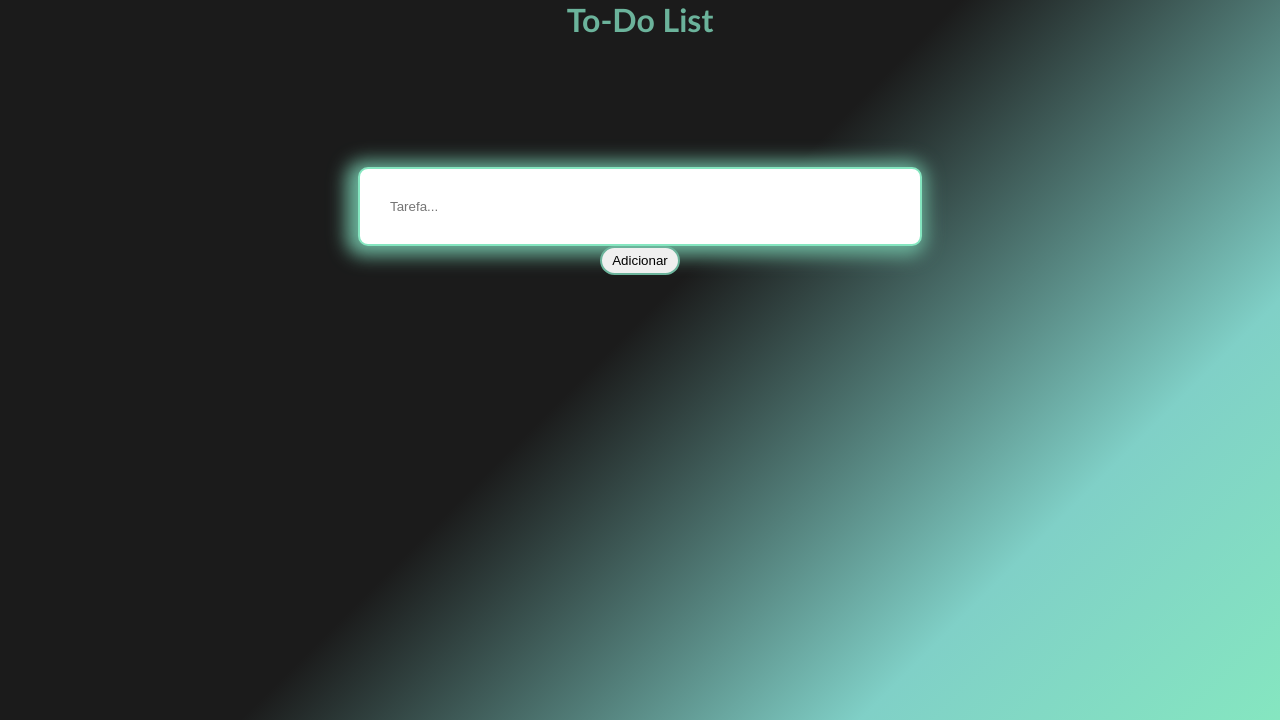
Repository: PetersonAntonyDev/python-flask-
Page: index.html
The author's editor kept a copy of each file at every save. The page is drawn from the files as they stood at one save, then again after the next save.
The browser window is 1280 px wide. The pictures show the whole page.

Above is the page before, as saved 2022-07-26 10:36:32.

After the next save:
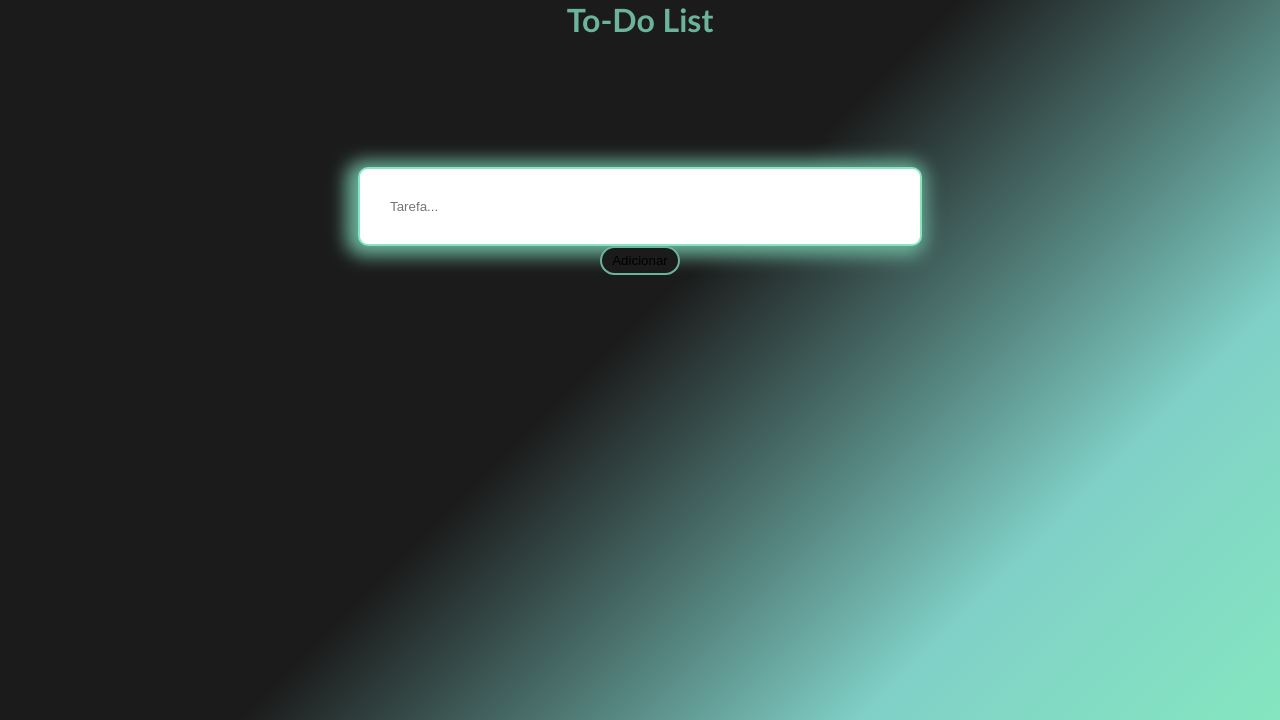
Saved 8 s later.
--- a/style.css
+++ b/style.css
@@ -42,4 +42,5 @@
     padding: 5px 10px;
     border: #6bb39b 2px solid;
     border-radius: 50px;
+    background-color: #1b1b1b;
 }

After the save that followed:
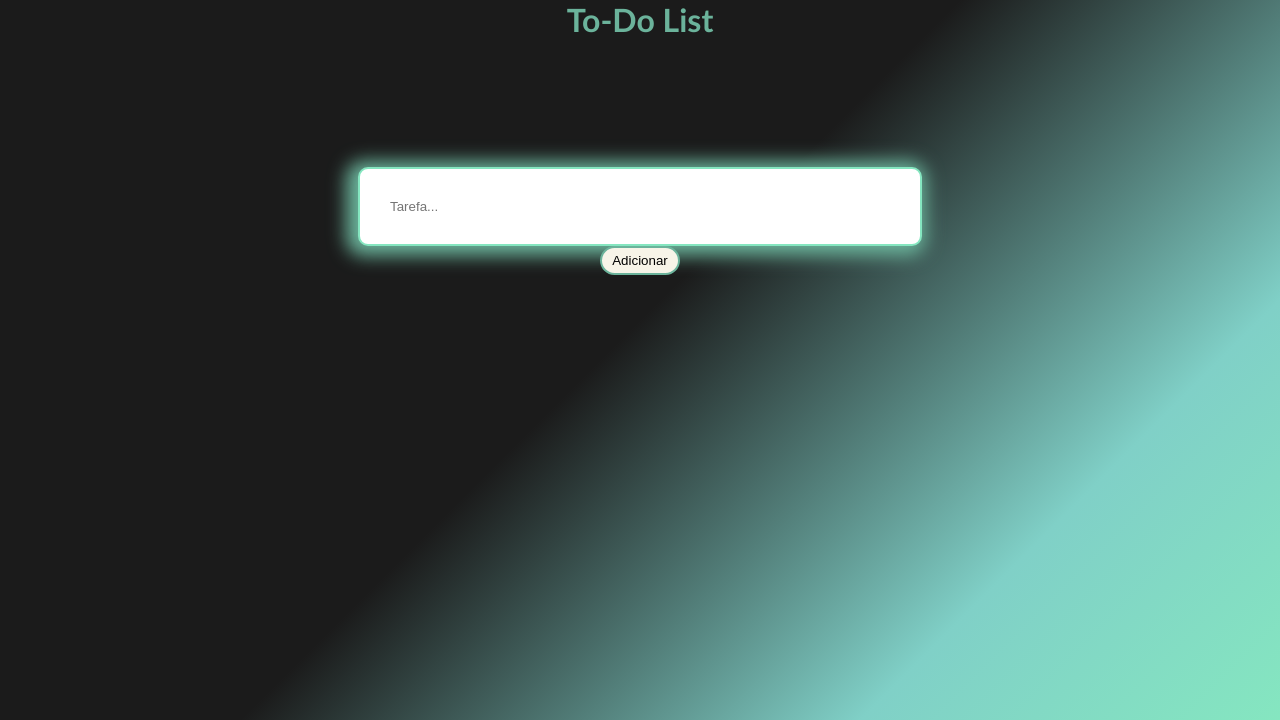
Saved 26 s later.
--- a/style.css
+++ b/style.css
@@ -42,5 +42,5 @@
     padding: 5px 10px;
     border: #6bb39b 2px solid;
     border-radius: 50px;
-    background-color: #1b1b1b;
+    background-color: #f7f4e8;
 }
